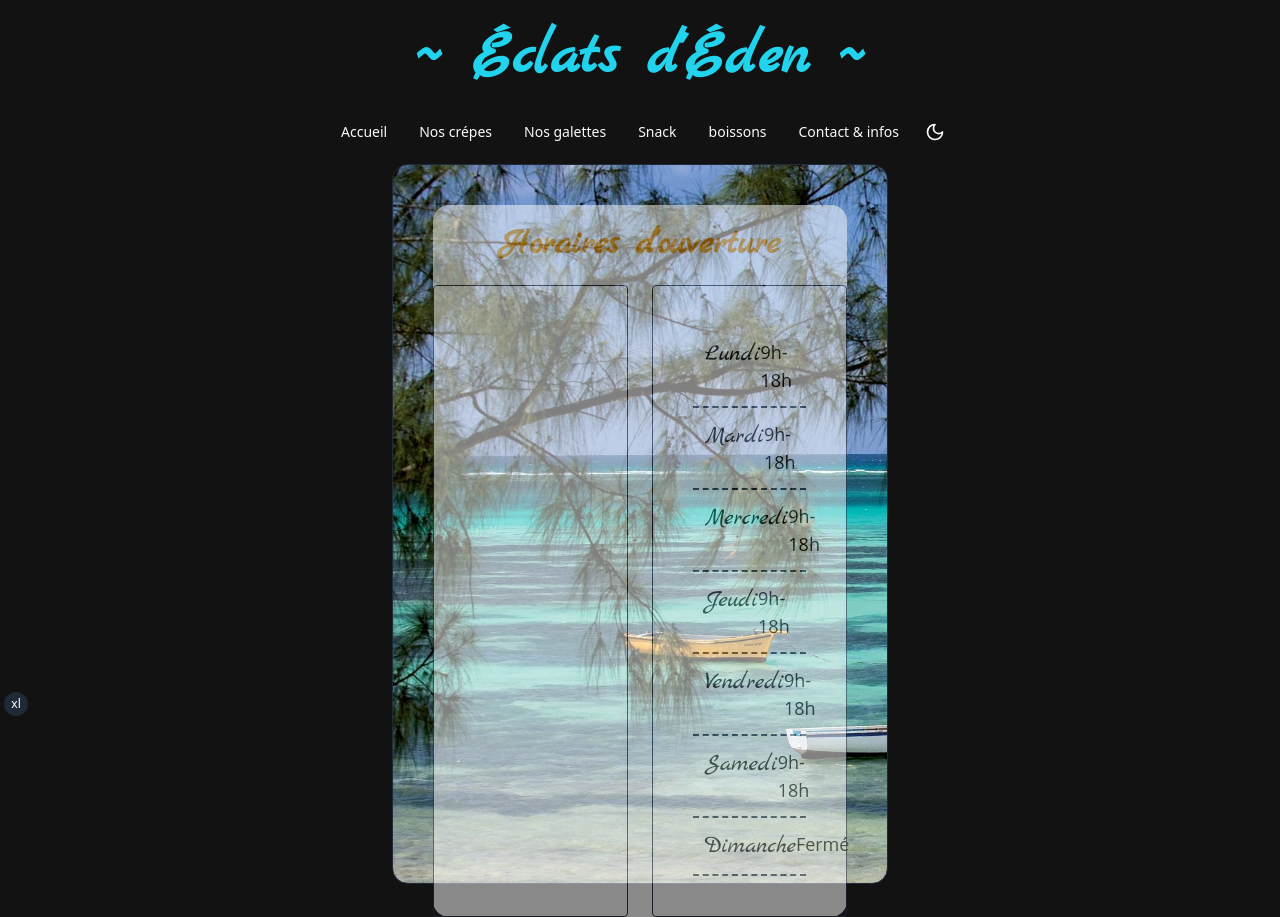
Repository: jeffMauritius/eclats-deden
Page: /schedule
These files come from the project's save history. The page is drawn as it stood at one moment and after a run of saves; the edit follows.
The browser window is 1280 px wide. The pictures show the whole page.
The project was rebuilt for these pictures with package versions that can differ from the ones it lists, and the page was loaded fresh each time. The framework's server and built-in components were replaced by stand-ins that run in the browser. Also part of the build but not shown: next.config.mjs.

Above is the page before, as saved 2024-08-13 07:26:06.

### app/layout.tsx
// app/layout.
import { Header } from "@/components/layout/Header"
import { TailwindIndicator } from "@/components/TailwindIndicator"
import { SiteConfig } from "@/lib/config"
import { cn } from "@/lib/utils"
import type { Metadata } from "next"
import { Inter, Marck_Script } from "next/font/google"
import { PropsWithChildren } from "react"
import { Providers } from "./Providers"
import "./globals.css"
import { Title } from "@/components/layout/Title"

const fontSans = Inter({ subsets: ["latin"], variable: "--font-sans" })
const fontDisplay = Marck_Script({
  subsets: ["latin"],
  variable: "--font-display",
  weight: "400",
})

export const metadata: Metadata = {
  title: SiteConfig.title,
  description: SiteConfig.description,
}

export default function RootLayout({ children }: PropsWithChildren) {
  return (
    <html lang="en" className="h-full" suppressHydrationWarning>
      <head />
      <body
        className={cn(
          `flex flex-col h-screen bg-background font-sans antialiased p-5`,
          fontSans.variable,
          fontDisplay.variable,
        )}
      >
        <Providers>
          <div className="relative flex flex-col">
            <Title title="Éclats d'Éden" />
            <div>
              <Header />
            </div>
            {children}
          </div>
          <TailwindIndicator />
        </Providers>
      </body>
    </html>
  )
}

### app/schedule/page.tsx
const SchedulePage = () => {
  return (
    <div>
      <div className="flex justify-center">
        <div className="absolute m-auto h-screen w-2/5 rounded-2xl border bg-[url('/maurice.jpeg')] bg-cover ">
          <div className="relative imageUrl={`bg-[url('/riz.jpeg')] bg-cover`}">
            <div className="m-10 h-full rounded-2xl  bg-white opacity-50 ">
              <h1 className="p-5 text-center font-display text-4xl font-bold text-amber-500">
                Horaires d'ouverture
              </h1>
              <div className="grid gap-6  md:grid-cols-2">
                <div className="rounded border p-5">
                  <div className="text-center">
                    <h1 className="font-display text-2xl font-bold">
                      Localisation
                    </h1>
                    <p className="font-body text-lg">
                      1 rue de la paix, 75001 Paris
                    </p>
                  </div>
                </div>
                <div>
                  <div className="rounded border p-10 text-black">
                    <div className="flex justify-between border-b-2 border-dashed p-3  font-display text-2xl ">
                      <div>Lundi</div>
                      <div className="font-body text-lg">9h-18h</div>
                    </div>
                    <div className="flex justify-between border-b-2 border-dashed p-3  font-display text-2xl ">
                      <div>Mardi</div>
                      <div className="font-body text-lg">9h-18h</div>
                    </div>
                    <div className="flex justify-between border-b-2 border-dashed p-3  font-display text-2xl ">
                      <div>Mercredi</div>
                      <div className="font-body text-lg">9h-18h</div>
                    </div>
                    <div className="flex justify-between border-b-2 border-dashed p-3  font-display text-2xl ">
                      <div>Jeudi</div>
                      <div className="font-body text-lg">9h-18h</div>
                    </div>
                    <div className="flex justify-between border-b-2 border-dashed p-3  font-display text-2xl ">
                      <div>Vendredi</div>
                      <div className="font-body text-lg">9h-18h</div>
                    </div>
                    <div className="flex justify-between border-b-2 border-dashed p-3  font-display text-2xl ">
                      <div>Samedi</div>
                      <div className="font-body text-lg">9h-18h</div>
                    </div>
                    <div className="flex justify-between border-b-2 border-dashed p-3  font-display text-2xl ">
                      <div>Dimanche</div>
                      <div className="font-body text-lg">Fermé</div>
                    </div>
                  </div>
                </div>
              </div>
            </div>
          </div>
        </div>
      </div>
    </div>
  )
}

export default SchedulePage

### src/components/layout/Header.tsx
"use client"

import { ThemeToggle } from "../ThemeToggle"
import NavigationMenuComponent from "./NavigationMenu"

export function Header() {
  return (
    <header className=" z-30 w-full">
      <div className=" container flex  flex-col  items-center space-x-4 pt-3 sm:justify-between sm:space-x-0">
        <div className="flex flex-auto justify-center py-3">
          <NavigationMenuComponent />
          <ThemeToggle />
        </div>
      </div>
    </header>
  )
}

### src/lib/config.ts
export const SiteConfig = {
  title: "Camille snack",
  description: "La Cuvette Beach, Grand Baie, Île Maurice",
} as const

### app/Providers.tsx
"use client"

import { SessionProvider } from "next-auth/react"
import { ThemeProvider } from "next-themes"
import { PropsWithChildren } from "react"
import { Toaster } from "react-hot-toast"

export const Providers = ({ children }: PropsWithChildren) => {
  return (
    <>
      <ThemeProvider attribute="class" defaultTheme="dark" enableSystem>
        <Toaster />
        <SessionProvider>{children}</SessionProvider>
      </ThemeProvider>
    </>
  )
}

### app/globals.css
@tailwind base;
  @tailwind components;
  @tailwind utilities;

  @layer base {
    :root {
      --background: 0 0% 100%;
      --foreground: 222.2 84% 4.9%;

      --card: 0 0% 100%;
      --card-foreground: 222.2 84% 4.9%;

      --popover: 0 0% 100%;
      --popover-foreground: 222.2 84% 4.9%;

      --primary: 222.2 47.4% 11.2%;
      --primary-foreground: 210 40% 98%;

      --secondary: 210 40% 96.1%;
      --secondary-foreground: 222.2 47.4% 11.2%;

      --muted: 210 40% 96.1%;
      --muted-foreground: 215.4 16.3% 46.9%;

      --accent: 210 40% 96.1%;
      --accent-foreground: 222.2 47.4% 11.2%;

      --destructive: 0 84.2% 60.2%;
      --destructive-foreground: 210 40% 98%;

      --border: 214.3 31.8% 91.4%;
      --input: 214.3 31.8% 91.4%;
      --ring: 222.2 84% 4.9%;

      --radius: 0.5rem;
    }

    .dark {
      --background: rgb(10, 11, 10);
      --foreground: 210 40% 98%;

      --card: rgb(10, 11, 10);
      --card-foreground: 210 40% 98%;

      --popover: 222.2 84% 4.9%;
      --popover-foreground: 210 40% 98%;

      --primary: 210 40% 98%;
      --primary-foreground: 222.2 47.4% 11.2%;

      --secondary: 217.2 32.6% 17.5%;
      --secondary-foreground: 210 40% 98%;

      --muted: 217.2 32.6% 17.5%;
      --muted-foreground: 215 20.2% 65.1%;

      --accent: 217.2 32.6% 17.5%;
      --accent-foreground: 210 40% 98%;

      --destructive: 0 62.8% 30.6%;
      --destructive-foreground: 210 40% 98%;

      --border: 217.2 32.6% 17.5%;
      --input: 217.2 32.6% 17.5%;
      --ring: 212.7 26.8% 83.9%;
    }
  }

  @layer base {
    * {
      @apply border-border;
    }
    @font-face {
      font-family: 'Marck Script';
      font-style: normal;
      font-weight: 400;
      font-display: swap;
      src: url(/fonts/MarckScript-Regular.ttf) format('ttf');
    }
    body {
      @apply bg-background text-foreground;
    }
  }

### src/components/layout/Title.tsx
interface TitleProps {
  title: string
}

export function Title({ title }: TitleProps) {
  return (
    <div className="flex flex-auto justify-center ">
      <h1
        className={`pt-2 font-display text-4xl font-bold text-cyan-400 md:text-6xl`}
      >
        {" "}
        {`~ ${title} ~`}
      </h1>
    </div>
  )
}

### src/components/ThemeToggle.tsx
"use client"

import { Button } from "@/components/ui/button"
import { Moon, Sun } from "lucide-react"
import { useTheme } from "next-themes"

export function ThemeToggle() {
  const { setTheme, theme } = useTheme()

  return (
    <Button
      variant="ghost"
      size="icon"
      onClick={() => setTheme(theme === "light" ? "dark" : "light")}
    >
      <Sun className="h-6 w-[1.3rem] dark:hidden" />
      <Moon className="hidden size-5 dark:block" />
      <span className="sr-only">Toggle theme</span>
    </Button>
  )
}

### src/components/layout/NavigationMenu.tsx
"use client"

import {
  NavigationMenu,
  NavigationMenuLink,
  navigationMenuTriggerStyle,
} from "@/components/ui/navigation-menu"
import { navigationData } from "./navigationData"
import { useClientMediaQuery } from "@/lib/isMobileDevice"

const NavigationMenuComponent = () => {
  const isMobile = useClientMediaQuery("(max-width: 600px)")
  return (
    <NavigationMenu>
      {!isMobile &&
        navigationData.map((item, index) => (
          <NavigationMenuLink
            className={navigationMenuTriggerStyle()}
            key={index}
            href={item.link}
          >
            {item.title}
          </NavigationMenuLink>
        ))}
    </NavigationMenu>
  )
}

export default NavigationMenuComponent

### src/components/ui/button.tsx
import * as React from "react"
import { Slot } from "@radix-ui/react-slot"
import { cva, type VariantProps } from "class-variance-authority"

import { cn } from "@/lib/utils"

const buttonVariants = cva(
  "inline-flex items-center justify-center whitespace-nowrap rounded-md text-sm font-medium ring-offset-background transition-colors focus-visible:outline-none focus-visible:ring-2 focus-visible:ring-ring focus-visible:ring-offset-2 disabled:pointer-events-none disabled:opacity-50",
  {
    variants: {
      variant: {
        default: "bg-primary text-primary-foreground hover:bg-primary/90",
        destructive:
          "bg-destructive text-destructive-foreground hover:bg-destructive/90",
        outline:
          "border border-input bg-background hover:bg-accent hover:text-accent-foreground",
        secondary:
          "bg-secondary text-secondary-foreground hover:bg-secondary/80",
        ghost: "hover:bg-accent hover:text-accent-foreground",
        link: "text-primary underline-offset-4 hover:underline",
      },
      size: {
        default: "h-10 px-4 py-2",
        sm: "h-9 rounded-md px-3",
        lg: "h-11 rounded-md px-8",
        icon: "size-10",
      },
    },
    defaultVariants: {
      variant: "default",
      size: "default",
    },
  },
)

export interface ButtonProps
  extends React.ButtonHTMLAttributes<HTMLButtonElement>,
    VariantProps<typeof buttonVariants> {
  asChild?: boolean
}

const Button = React.forwardRef<HTMLButtonElement, ButtonProps>(
  ({ className, variant, size, asChild = false, ...props }, ref) => {
    const Comp = asChild ? Slot : "button"
    return (
      <Comp
        className={cn(buttonVariants({ variant, size, className }))}
        ref={ref}
        {...props}
      />
    )
  },
)
Button.displayName = "Button"

export { Button, buttonVariants }

### src/components/layout/navigationData.ts
export const navigationData = [
    {
        title: "Accueil",
        link: "/",
    },
    {
        title: "Nos crépes",
        link: "/crepes",
    },
    {
        title: "Nos galettes",
        link: "/galettes",
    },
    {
        title: "Snack",
        link: "/snack",
    },
    {
        title: "boissons",
        link: "/boissons",
    },
    {
        title: "Contact & infos",
        link: "/location",
    },

]

export const navigationDataMobile = [
    {
        title: "Accueil",
        link: "/",
    },
    {
        title: "Horaires d'ouverture",
        link: "/schedule",
    },
    {
        title: "Contact & infos",
        link: "/location",
    },

]

### src/lib/isMobileDevice.ts
'use client'

import { useEffect, useState } from 'react'

export function useClientMediaQuery(query: string) {
  const [matches, setMatches] = useState(false)

  useEffect(() => {
    const mediaQueryList = window.matchMedia(query)

    const handleMatchChange = (e: MediaQueryListEvent) => {
      setMatches(e.matches)
    }

    mediaQueryList.addEventListener('change', handleMatchChange)
    setMatches(mediaQueryList.matches)

    return () => {
      mediaQueryList.removeEventListener('change', handleMatchChange)
    }
  }, [query])

  return matches
}

### tailwind.config.ts
import type { Config } from "tailwindcss"

const config = {
  darkMode: ["class"],
  content: [
    "./pages/**/*.{ts,tsx}",
    "./components/**/*.{ts,tsx}",
    "./app/**/*.{ts,tsx}",
    "./src/**/*.{ts,tsx}",
  ],
  prefix: "",
  theme: {
    container: {
      center: true,
      padding: "2rem",
      screens: {
        "2xl": "1400px",
      },
    },
    fontFamily: {
      'display': ['"Marck Script"', 'cursive'],
      'body': ['"Open Sans"', 'sans-serif'],
    },
    extend: {
      colors: {
        border: "hsl(var(--border))",
        input: "hsl(var(--input))",
        ring: "hsl(var(--ring))",
        background: "hsl(var(--background))",
        foreground: "hsl(var(--foreground))",
        primary: {
          DEFAULT: "hsl(var(--primary))",
          foreground: "hsl(var(--primary-foreground))",
        },
        secondary: {
          DEFAULT: "hsl(var(--secondary))",
          foreground: "hsl(var(--secondary-foreground))",
        },
        destructive: {
          DEFAULT: "hsl(var(--destructive))",
          foreground: "hsl(var(--destructive-foreground))",
        },
        muted: {
          DEFAULT: "hsl(var(--muted))",
          foreground: "hsl(var(--muted-foreground))",
        },
        accent: {
          DEFAULT: "hsl(var(--accent))",
          foreground: "hsl(var(--accent-foreground))",
        },
        popover: {
          DEFAULT: "hsl(var(--popover))",
          foreground: "hsl(var(--popover-foreground))",
        },
        card: {
          DEFAULT: "hsl(var(--card))",
          foreground: "hsl(var(--card-foreground))",
        },
      },
      borderRadius: {
        lg: "var(--radius)",
        md: "calc(var(--radius) - 2px)",
        sm: "calc(var(--radius) - 4px)",
      },
      keyframes: {
        "accordion-down": {
          from: { height: "0" },
          to: { height: "var(--radix-accordion-content-height)" },
        },
        "accordion-up": {
          from: { height: "var(--radix-accordion-content-height)" },
          to: { height: "0" },
        },
      },
      animation: {
        "accordion-down": "accordion-down 0.2s ease-out",
        "accordion-up": "accordion-up 0.2s ease-out",
      },
    },
  },
  plugins: [require("tailwindcss-animate")],
} satisfies Config

export default config

Loaded but not shown: src/components/TailwindIndicator.tsx (common file); src/lib/utils.ts (common file); src/components/ui/navigation-menu.tsx (128 lines, source omitted)

After the next 2 saves:
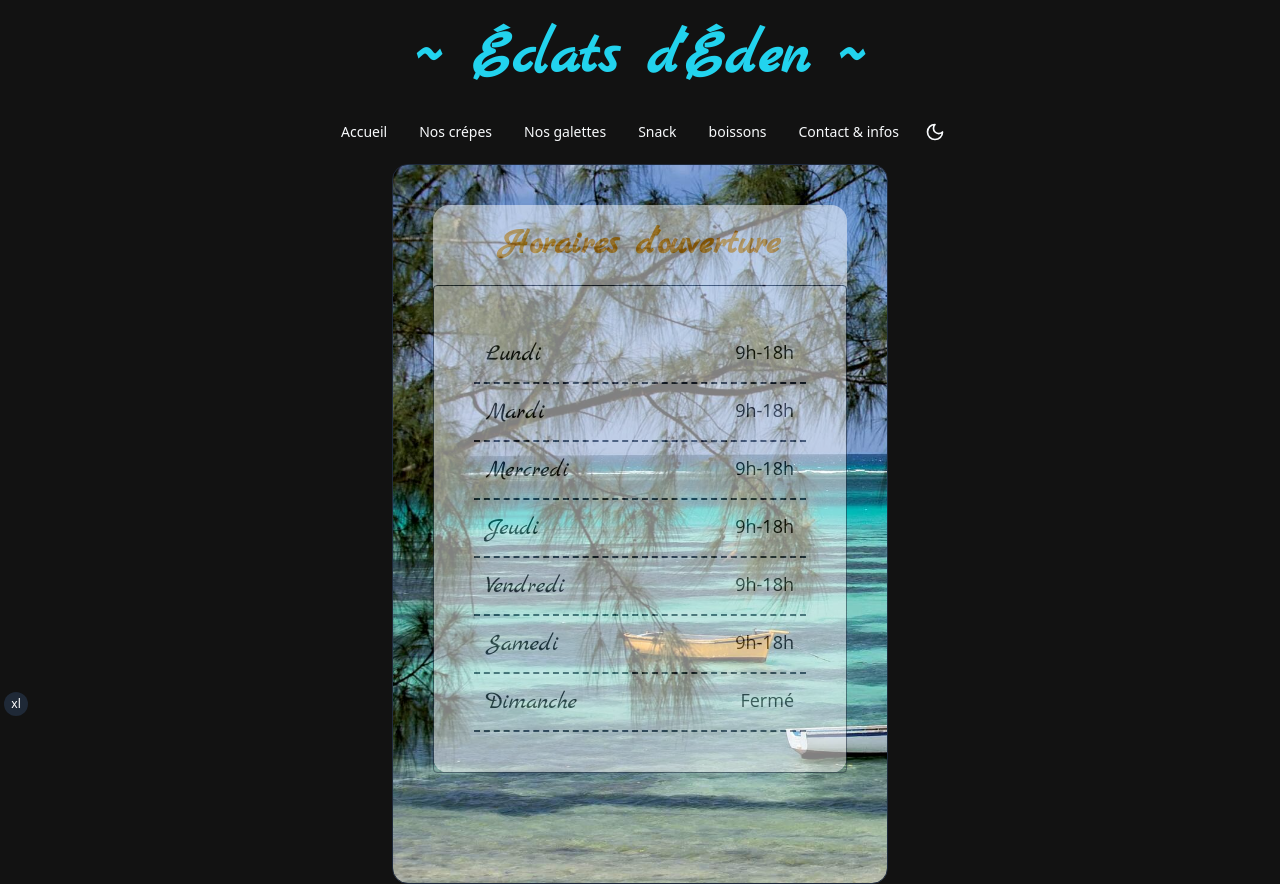
The 2 saves are shown as one change because 1 did not build or start.
The last was saved 2 min 21 s later.
--- a/app/schedule/page.tsx
+++ b/app/schedule/page.tsx
@@ -8,47 +8,36 @@ const SchedulePage = () => {
               <h1 className="p-5 text-center font-display text-4xl font-bold text-amber-500">
                 Horaires d'ouverture
               </h1>
-              <div className="grid gap-6  md:grid-cols-2">
-                <div className="rounded border p-5">
-                  <div className="text-center">
-                    <h1 className="font-display text-2xl font-bold">
-                      Localisation
-                    </h1>
-                    <p className="font-body text-lg">
-                      1 rue de la paix, 75001 Paris
-                    </p>
+
+              <div>
+                <div className="rounded border p-10 text-black">
+                  <div className="flex justify-between border-b-2 border-dashed p-3  font-display text-2xl ">
+                    <div>Lundi</div>
+                    <div className="font-body text-lg">9h-18h</div>
                   </div>
-                </div>
-                <div>
-                  <div className="rounded border p-10 text-black">
-                    <div className="flex justify-between border-b-2 border-dashed p-3  font-display text-2xl ">
-                      <div>Lundi</div>
-                      <div className="font-body text-lg">9h-18h</div>
-                    </div>
-                    <div className="flex justify-between border-b-2 border-dashed p-3  font-display text-2xl ">
-                      <div>Mardi</div>
-                      <div className="font-body text-lg">9h-18h</div>
-                    </div>
-                    <div className="flex justify-between border-b-2 border-dashed p-3  font-display text-2xl ">
-                      <div>Mercredi</div>
-                      <div className="font-body text-lg">9h-18h</div>
-                    </div>
-                    <div className="flex justify-between border-b-2 border-dashed p-3  font-display text-2xl ">
-                      <div>Jeudi</div>
-                      <div className="font-body text-lg">9h-18h</div>
-                    </div>
-                    <div className="flex justify-between border-b-2 border-dashed p-3  font-display text-2xl ">
-                      <div>Vendredi</div>
-                      <div className="font-body text-lg">9h-18h</div>
-                    </div>
-                    <div className="flex justify-between border-b-2 border-dashed p-3  font-display text-2xl ">
-                      <div>Samedi</div>
-                      <div className="font-body text-lg">9h-18h</div>
-                    </div>
-                    <div className="flex justify-between border-b-2 border-dashed p-3  font-display text-2xl ">
-                      <div>Dimanche</div>
-                      <div className="font-body text-lg">Fermé</div>
-                    </div>
+                  <div className="flex justify-between border-b-2 border-dashed p-3  font-display text-2xl ">
+                    <div>Mardi</div>
+                    <div className="font-body text-lg">9h-18h</div>
+                  </div>
+                  <div className="flex justify-between border-b-2 border-dashed p-3  font-display text-2xl ">
+                    <div>Mercredi</div>
+                    <div className="font-body text-lg">9h-18h</div>
+                  </div>
+                  <div className="flex justify-between border-b-2 border-dashed p-3  font-display text-2xl ">
+                    <div>Jeudi</div>
+                    <div className="font-body text-lg">9h-18h</div>
+                  </div>
+                  <div className="flex justify-between border-b-2 border-dashed p-3  font-display text-2xl ">
+                    <div>Vendredi</div>
+                    <div className="font-body text-lg">9h-18h</div>
+                  </div>
+                  <div className="flex justify-between border-b-2 border-dashed p-3  font-display text-2xl ">
+                    <div>Samedi</div>
+                    <div className="font-body text-lg">9h-18h</div>
+                  </div>
+                  <div className="flex justify-between border-b-2 border-dashed p-3  font-display text-2xl ">
+                    <div>Dimanche</div>
+                    <div className="font-body text-lg">Fermé</div>
                   </div>
                 </div>
               </div>
